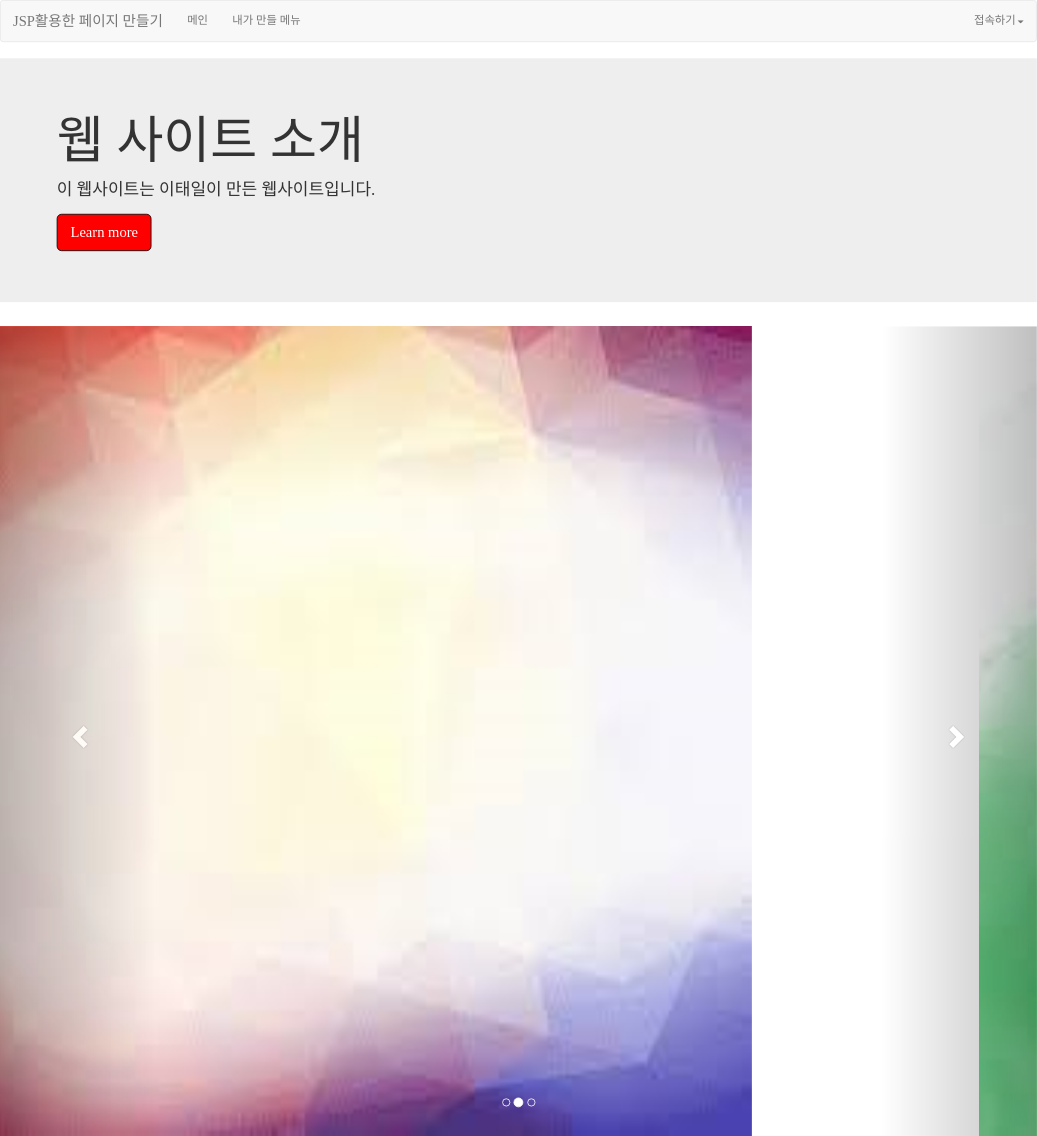
Repository: taeillee1/Newstudy
Page: http://localhost/SpringMVCJava/WEB-INF/views/mainpage.jsp
An editor plug-in stored every save of this project. The page is shown before and after a run of saves, followed by the edit.
The browser window is 1280 px wide. The pictures show the whole page, at 81% of full size.
Some web fonts or font styles are not loaded; a fallback is used. Some web libraries are served in a nearby version. The page is served by Tomcat 9. Nobody is signed in. The template is opened directly, without the code that normally fills it, so the values that code supplies are empty.

Above is the page before, as saved 2022-01-08 10:53:52.

After the next 2 saves:
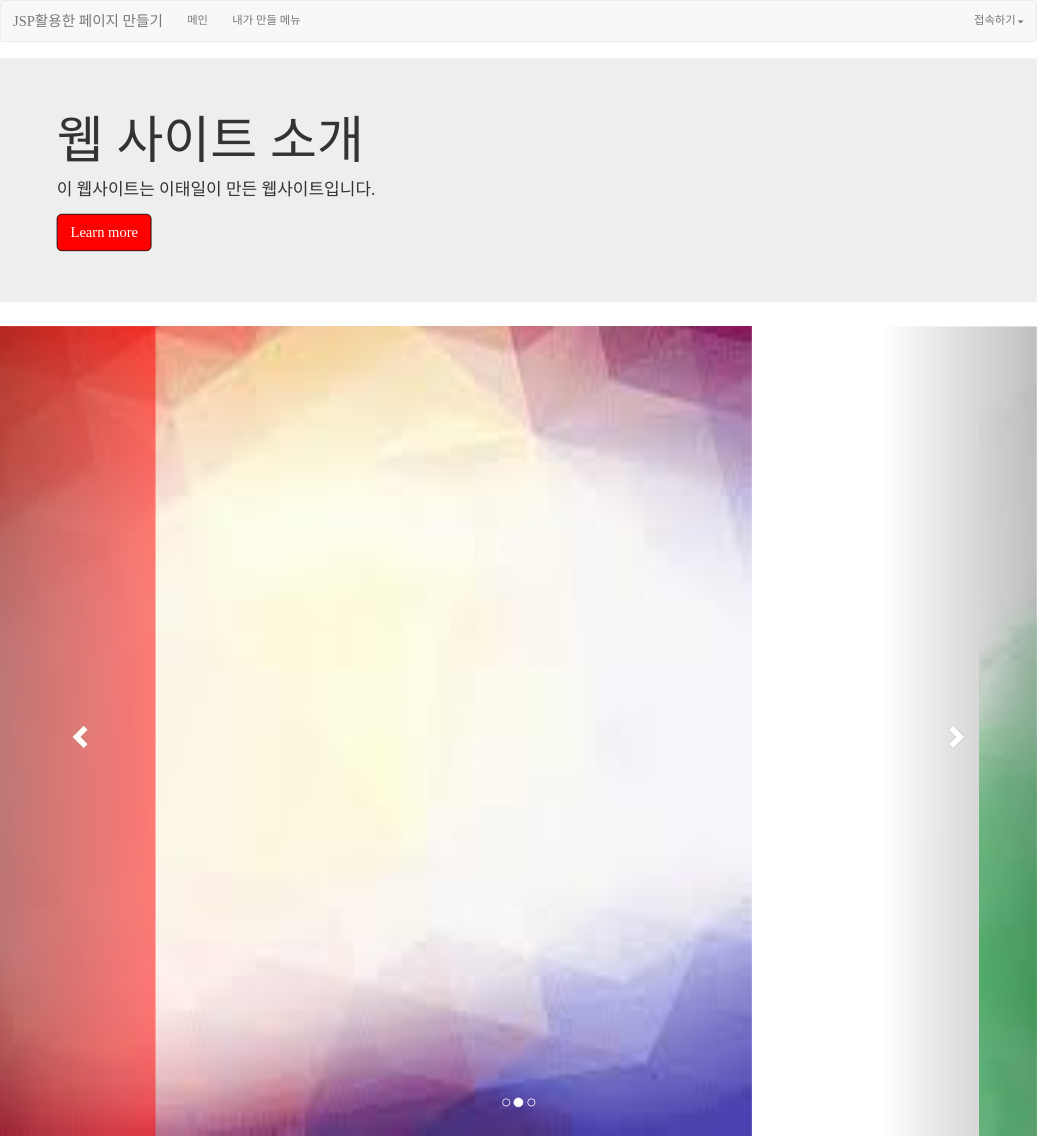
The 2 saves are shown as one change because they came seconds apart.
The last was saved 32 s later.
--- a/Newpage/SpringMVCJava/src/main/webapp/WEB-INF/views/mainpage.jsp
+++ b/Newpage/SpringMVCJava/src/main/webapp/WEB-INF/views/mainpage.jsp
@@ -98,7 +98,7 @@
 					<img src="image/imimim.png">
 				</div>
 			</div>
-			<a class="left carousel-control" href="#myCarousel" data-slide="prev">
+			<a class="left carousel-control" href="#myCarousel" data-slide="prev" style="background-color:red;">
 				<span class="glyphicon glyphicon-chevron-left"></span>
 			</a>
 			<a class="right carousel-control" href="#myCarousel" data-slide="next">
